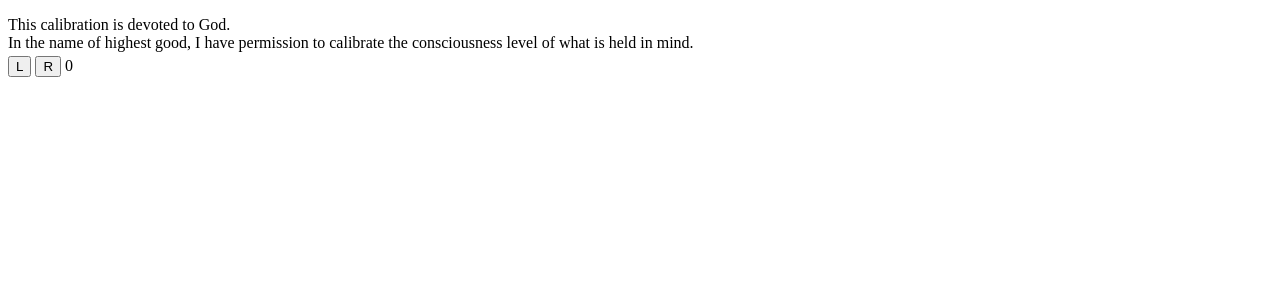
Repository: SanjoSolutions/projects
Page: binary-search/binary_number_encoding_to_decimal_number_encoding__.html
The author's editor kept a copy of each file at every save. The page is drawn from the files as they stood at one save, then again after the next save.
The browser window is 1280 px wide. The pictures show the whole page.

Above is the page before, as saved 2020-09-03 14:55:13.

### binary-search/binary_number_encoding_to_decimal_number_encoding__.html
<!DOCTYPE html>
<html lang="en">

<head>
  <meta charset="UTF-8">
  <title>Binary Number Encoding to Decimal Number Encoding</title>
</head>

<body>
  <p style="margin-bottom: 0.25rem;">
    This calibration is devoted to God.<br>
    In the name of highest good, I have permission to calibrate the consciousness level of what is held in mind.
  </p>
  <button id="l">L</button>
  <button id="r">R</button>
  <span id="counter"></span>
  <div id="output"></div>
  <script>
    const maxNumber = 1000
    const numberOfNachkommastellen = 0
    const effectiveMaxNumber = maxNumber * 10 ** numberOfNachkommastellen
    const numberOfBits = calculateNumberOfBits(effectiveMaxNumber)
    console.log('effectiveMaxNumber', effectiveMaxNumber)
    console.log('numberOfBits', numberOfBits)
    console.log(2 ** numberOfBits)

    function calculateNumberOfBits(maxNumber) {
      // 2 ** numberOfBits = maxNumber
      return Math.ceil(Math.log2(maxNumber))
    }

    const $l = document.getElementById('l')
    const $r = document.getElementById('r')
    const $counter = document.getElementById('counter')
    const $output = document.getElementById('output')

    let number = 0n
    let counter = 0
    updateCounter()

    $l.addEventListener('click', () => {
      number = (number << 1n) | 1n
      next()
      output()
    })

    $r.addEventListener('click', () => {
      number = (number << 1n) | 0n
      next()
      output()
    })

    function next() {
      counter++
      updateCounter()
    }

    function updateCounter() {
      $counter.textContent = String(counter)
    }

    function output() {
      let numberAsString = number.toString(2)
      numberAsString = numberAsString.padStart(counter, '0')
      console.log(numberAsString)
      if (counter === numberOfBits) {
        const numberAsString = number.toString(10)
        const numberBeforeDelimiter = numberAsString.substring(0, numberAsString.length - numberOfNachkommastellen) || '0'
        const numberAfterDelimiter = numberAsString.substring(numberAsString.length - numberOfNachkommastellen)
        const numberAsKommazahl = numberBeforeDelimiter + '.' + numberAfterDelimiter
        $output.textContent = numberAsKommazahl
        $l.setAttribute('disabled', String(true))
        $r.setAttribute('disabled', String(true))
      }
    }
  </script>
</body>

</html>

After the next save:
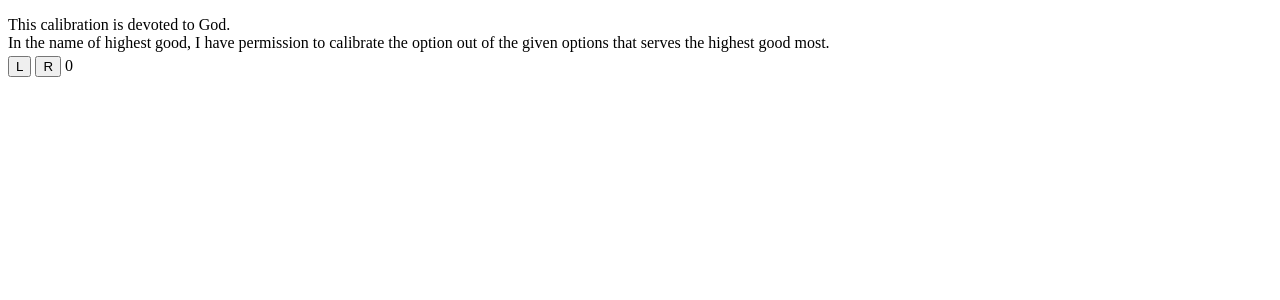
Saved 20 h 27 min later.
--- a/binary-search/binary_number_encoding_to_decimal_number_encoding__.html
+++ b/binary-search/binary_number_encoding_to_decimal_number_encoding__.html
@@ -9,14 +9,15 @@
 <body>
   <p style="margin-bottom: 0.25rem;">
     This calibration is devoted to God.<br>
-    In the name of highest good, I have permission to calibrate the consciousness level of what is held in mind.
+    In the name of highest good, I have permission to calibrate the option out of the given options that serves the
+    highest good most.
   </p>
   <button id="l">L</button>
   <button id="r">R</button>
   <span id="counter"></span>
   <div id="output"></div>
   <script>
-    const maxNumber = 1000
+    const maxNumber = 2000000
     const numberOfNachkommastellen = 0
     const effectiveMaxNumber = maxNumber * 10 ** numberOfNachkommastellen
     const numberOfBits = calculateNumberOfBits(effectiveMaxNumber)
